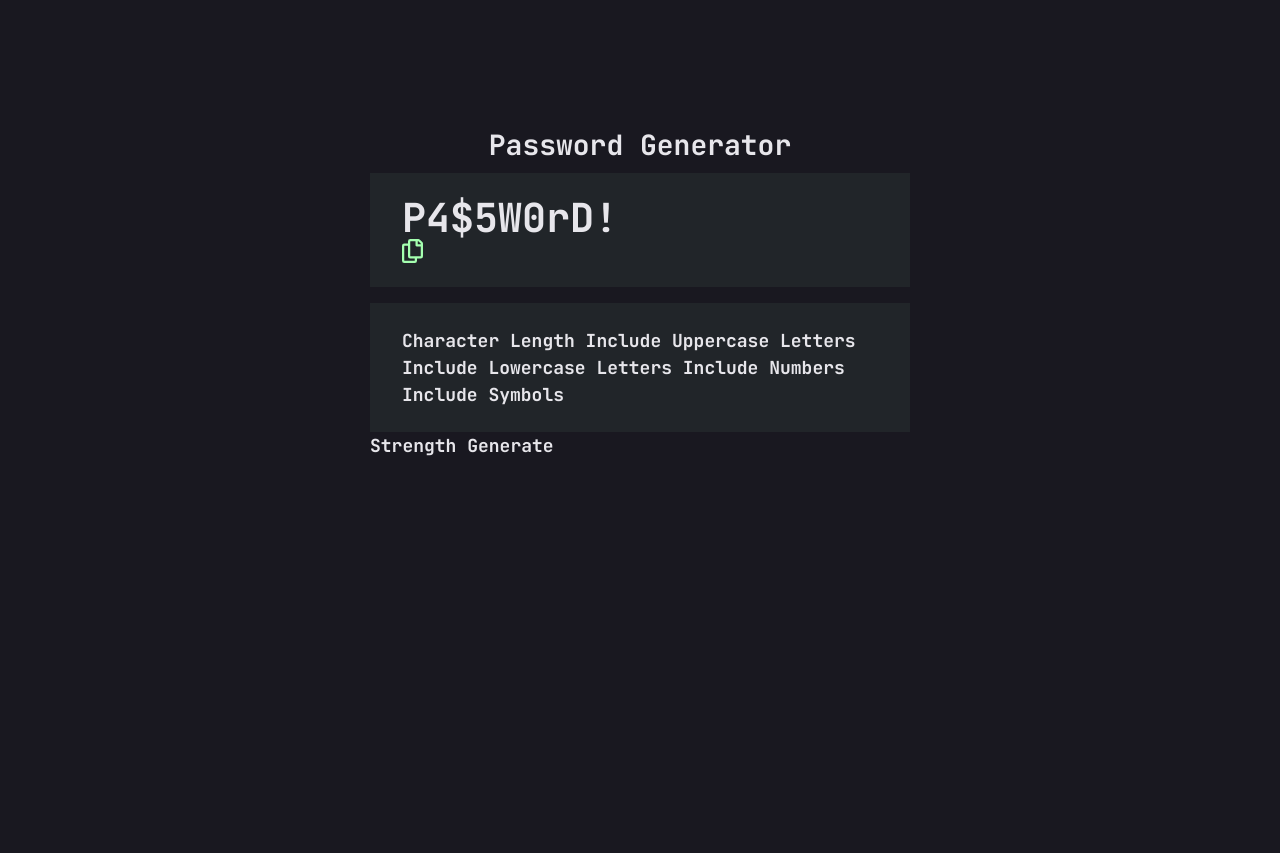
Repository: blordeus/password-generator-app
Page: starter-code/index.html
An editor plug-in stored every save of this project. The page is shown before and after a run of saves, followed by the edit.
The browser window is 1280 px wide. The pictures show the whole page.

Above is the page before, as saved 2023-10-05 20:03:01.

After the next 2 saves:
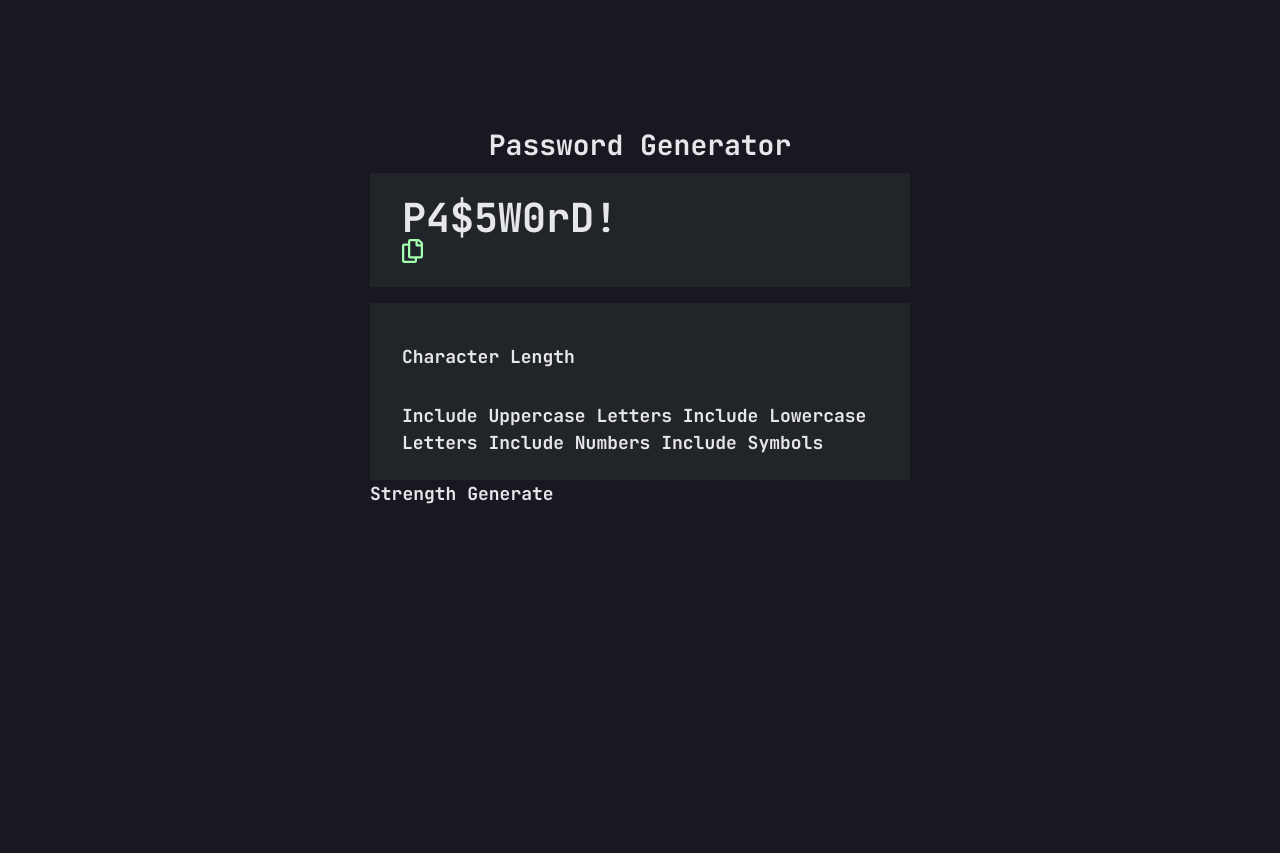
The 2 saves are shown as one change because they came seconds apart.
The last was saved 11 s later.
--- a/starter-code/index.html
+++ b/starter-code/index.html
@@ -24,7 +24,7 @@
     </div>
 
     <div class="options bg-dark">
-      <label for="slider">Character Length</label>
+      <label for="slider" class="slider">Character Length</label>
       Include Uppercase Letters
       Include Lowercase Letters
       Include Numbers

After the 3 saves that followed:
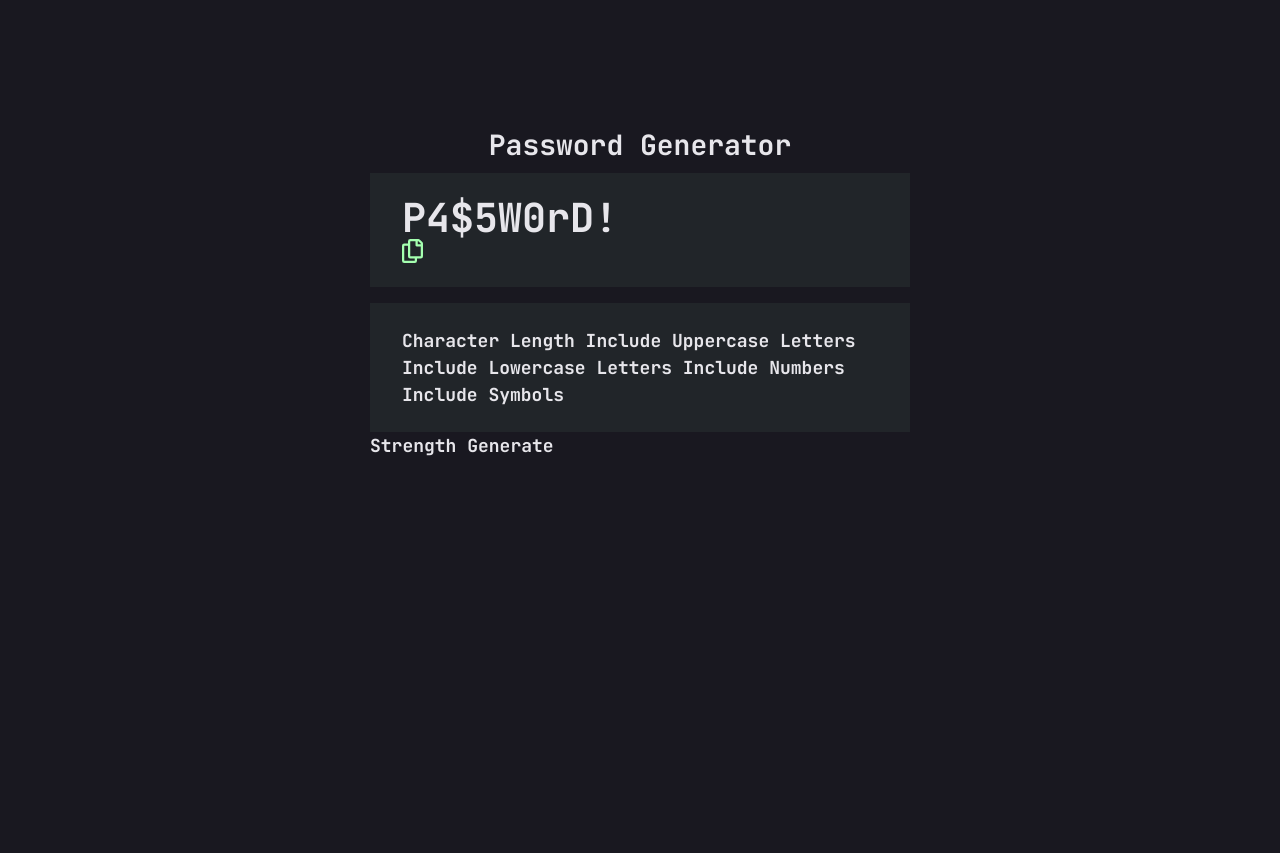
The 3 saves are shown as one change because they came seconds apart.
The last was saved 8 s later.
--- a/starter-code/index.html
+++ b/starter-code/index.html
@@ -24,7 +24,7 @@
     </div>
 
     <div class="options bg-dark">
-      <label for="slider" class="slider">Character Length</label>
+      <label for="slider" class="sliderlabel flex">Character Length</label>
       Include Uppercase Letters
       Include Lowercase Letters
       Include Numbers
